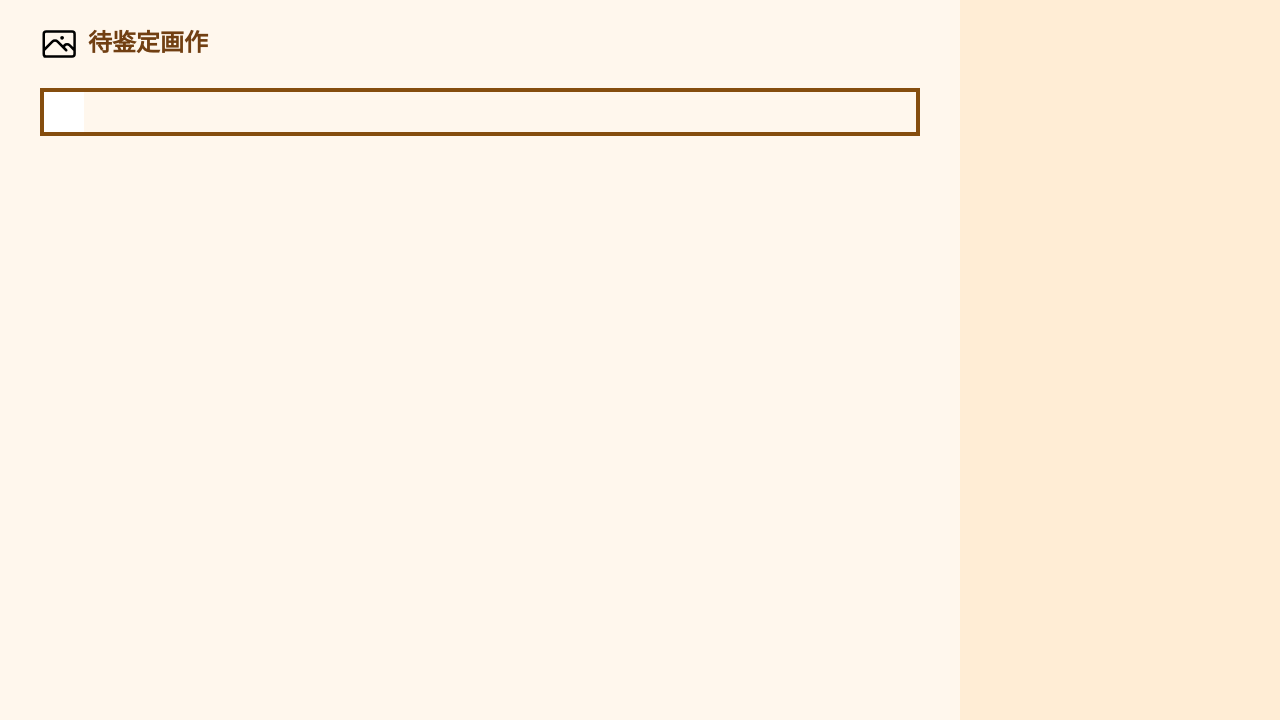
Repository: gaosth/Eyesee
Page: /dtail
An editor plug-in stored every save of this project. The page is shown before and after the next save, followed by the edit.
The browser window is 1280 px wide. The pictures show the whole page.
The project was rebuilt for these pictures with package versions that can differ from the ones it lists, and the page was loaded fresh each time. Also part of the build but not shown: vite.config.js, src/components/WelcomeItem.vue, src/components/icons/IconDocumentation.vue, src/components/icons/IconTooling.vue, src/components/icons/IconEcosystem.vue, src/components/icons/IconCommunity.vue, src/components/icons/IconSupport.vue, src/components/TheWelcome.vue and 5 more.

Above is the page before, as saved 2024-03-15 12:03:02.

After the next save:
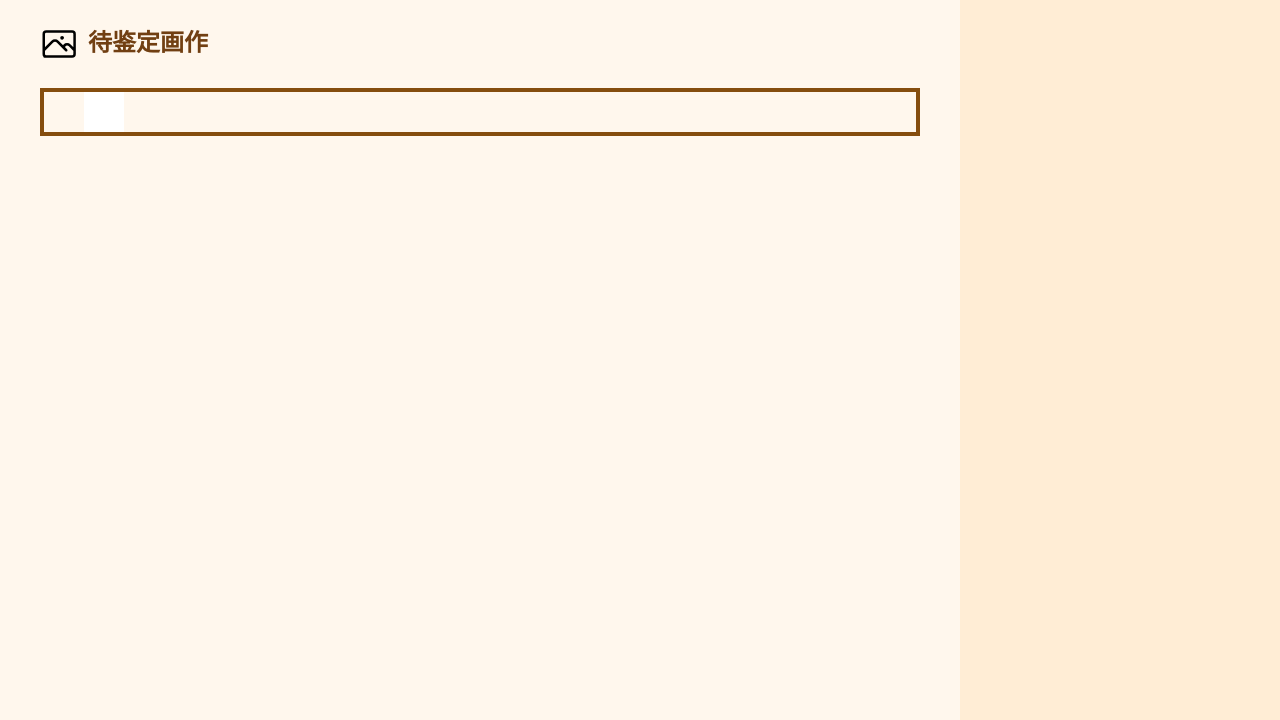
Saved 47 s later.
--- a/src/views/DetailView.vue
+++ b/src/views/DetailView.vue
@@ -12,7 +12,7 @@
                 </div>
             </div>
             <div class = "mx-10 my-6 border-yellow-800 border-rounded-lg border-4">
-                <div class = "h-10 w-10 bg-white">
+                <div class = "mx-10 h-10 w-10 bg-white">
 
                 </div>
             </div>
